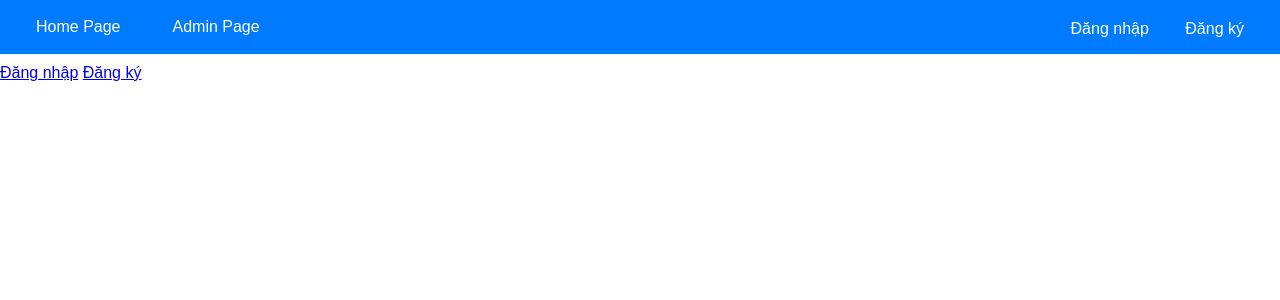
Repository: Loc2804/LTM
Page: http://localhost/RestaurantProject/WelcomeAdmin.jsp
The author's editor kept a copy of each file at every save. The page is drawn from the files as they stood at one save, then again after the next save.
The browser window is 1280 px wide. The pictures show the whole page.
The page is served by Tomcat 10.

Above is the page before, as saved 2024-12-07 17:32:07.

After the next save:
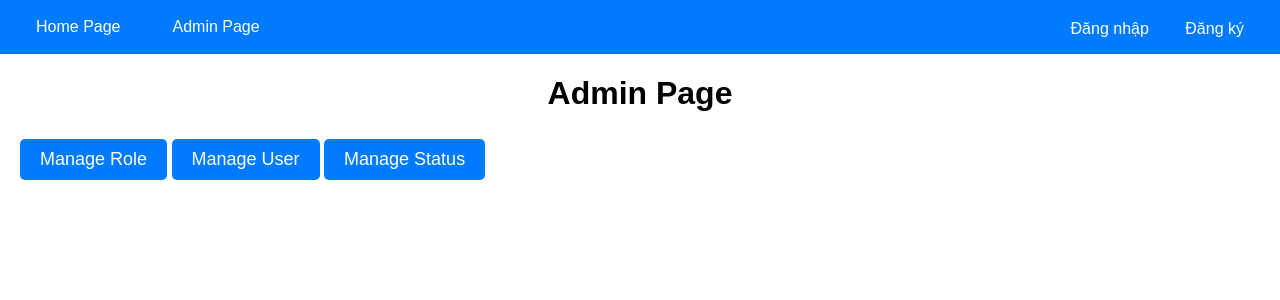
Saved 26 s later.
--- a/RestaurantProject/src/main/webapp/WelcomeAdmin.jsp
+++ b/RestaurantProject/src/main/webapp/WelcomeAdmin.jsp
@@ -11,6 +11,9 @@
         font-family: Arial, sans-serif;
         margin: 0;
         padding: 0;
+    }
+    h1{
+    	text-align: center;
     }
     .navbar {
         background-color: #007BFF; /* Màu xanh chủ đạo */
@@ -103,10 +106,12 @@
 	 <%
         	if(user == null || user.getRole() == null){
         %>
-        <div class="group-btn">
-            <a href="Login.jsp">Đăng nhập</a>
-            <a href="Register.jsp">Đăng ký</a>
-        </div>
+        <div class="content">
+	        <h1>Admin Page</h1>
+	        <a href="ManageRole.jsp">Manage Role</a>
+	        <a href="ManageUser.jsp">Manage User</a>
+	        <a href="ManageStatus.jsp">Manage Status</a>
+    	</div>
         <% }
         	else{
         %>
